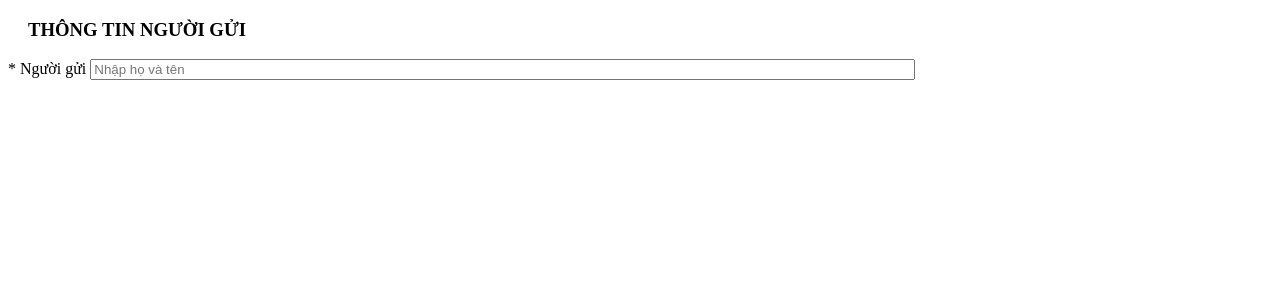
Repository: Tan-Khang21/TH_TKW--Buoi_04
Page: Bai_Tap_Mau/Bai_01/Bai_01.html
An editor plug-in stored every save of this project. The page is shown before and after the next save, followed by the edit.
The browser window is 1280 px wide. The pictures show the whole page.

Above is the page before, as saved 2024-03-05 19:47:55.

After the next save:
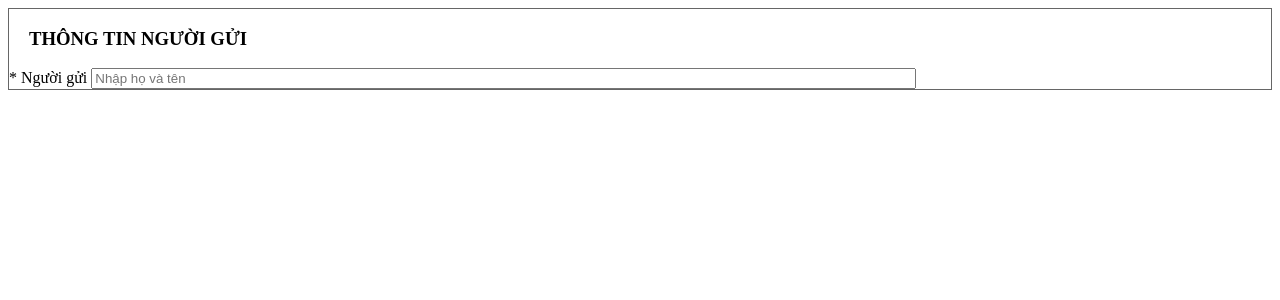
Saved 52 s later.
--- a/Bai_Tap_Mau/Bai_01/Bai_01.html
+++ b/Bai_Tap_Mau/Bai_01/Bai_01.html
@@ -6,7 +6,7 @@
     <title>Document</title>
   </head>
   <body>
-    <form>
+    <form style="border: 1px solid #666 ;">
       <tr>
         <td spancol="2">
           <h3 style="margin-left: 20px">THÔNG TIN NGƯỜI GỬI</h3>
